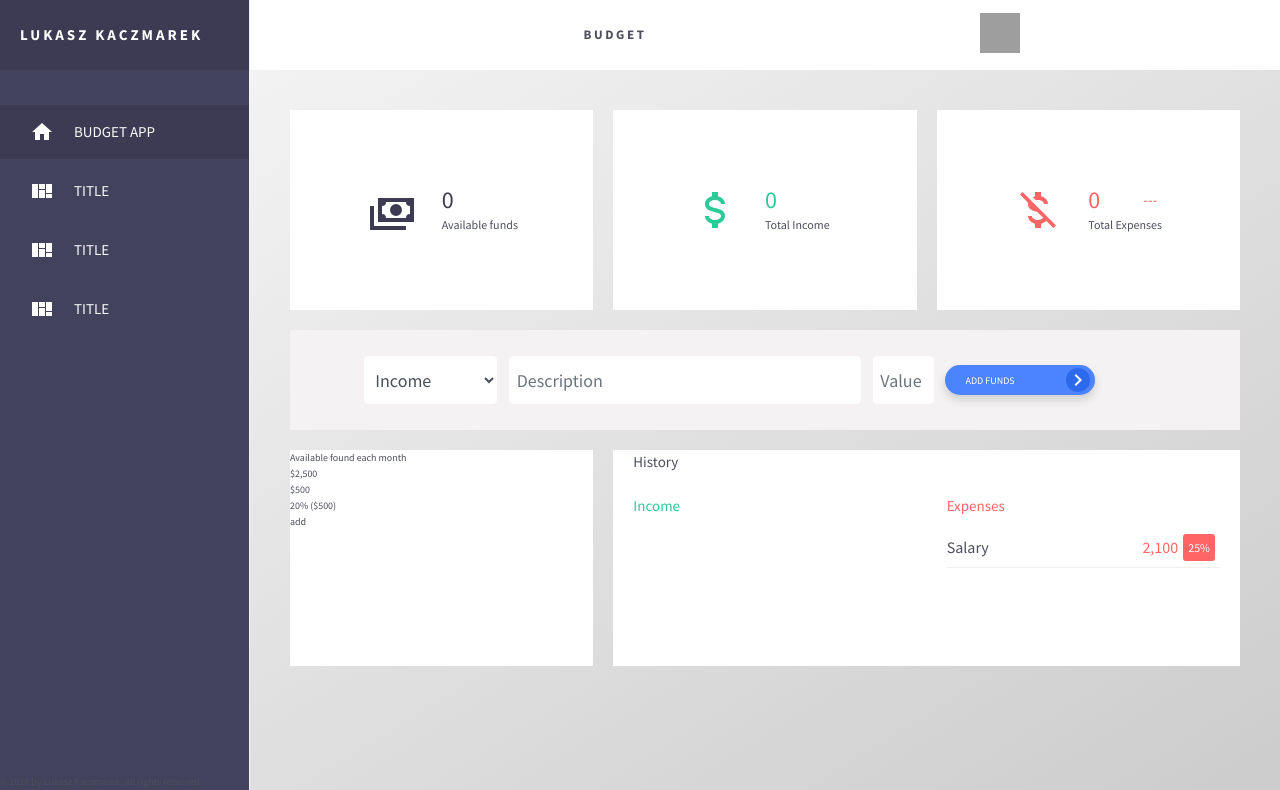
Repository: Archezi/BudgetApplication
Page: index.html
An editor plug-in stored every save of this project. The page is shown before and after the next save, followed by the edit.
The browser window is 1280 px wide. The pictures show the whole page.
Pictures or frames that could not be fetched are drawn as grey boxes. The style sheet was rebuilt from its Sass, Less or Tailwind sources for each picture, by a compiler version that may differ from the author's.

Above is the page before, as saved 2018-09-03 15:49:41.

### index.html
<!DOCTYPE html>
<html lang="en">
<head>
    <meta charset="UTF-8">
    <meta name="viewport" content="width=device-width, initial-scale=1.0">
    <meta http-equiv="X-UA-Compatible" content="ie=edge">
    <link href="https://fonts.googleapis.com/css?family=Source+Sans+Pro:300,400,700" rel="stylesheet">
    <!--Import Google Icon Font-->
    <link href="https://fonts.googleapis.com/icon?family=Material+Icons" rel="stylesheet">
    <!--Import materialize.css-->
    <link type="text/css" rel="stylesheet" href="css/bootstrap.min.css"  media="screen,projection"/>
    <!-- Website style.css-->
    <link rel="stylesheet" href="css/style.comp.css">

    <title>Budget Application</title>

</head>
<body>
   <div class="web__container">
        <header class="header">
            <div class="logo">
                <h1>Lukasz Kaczmarek</h1>
            </div>
            <div class="page_title">
                <h2>Budget</h2>
            </div>
            <div class="user-nav">
                <div class="user-nav__icon"></div>
                <div class="user-nav__profile">
                    <img src="https://source.unsplash.com/random/40x40" alt="">
                </div>
            </div>
        </header>

        <div class="content">
            <nav class="sidebar">
                <ul class="side-nav">
                    <li class="side-nav__item side-nav__item--active">
                        <a href="#" class="side-nav__link">
                                <svg class="side-nav__icon" style="width:24px;height:24px" viewBox="0 0 24 24">
                                    <path fill="#fff" d="M10,20V14H14V20H19V12H22L12,3L2,12H5V20H10Z" />
                                </svg>
                            <span>Budget App</span>
                        </a>
                    </li>
                    <li class="side-nav__item ">
                        <a href="#" class="side-nav__link">
                            <svg class="side-nav__icon" style="width:24px;height:24px" viewBox="0 0 24 24">
                                <path fill="#000000" d="M2,5V19H8V5H2M9,5V10H15V5H9M16,5V14H22V5H16M9,11V19H15V11H9M16,15V19H22V15H16Z" />
                            </svg>
                            <span>Title</span>
                        </a>
                    </li>
                    <li class="side-nav__item ">
                        <a href="#" class="side-nav__link">
                            <svg class="side-nav__icon" style="width:24px;height:24px" viewBox="0 0 24 24">
                                <path fill="#000000" d="M2,5V19H8V5H2M9,5V10H15V5H9M16,5V14H22V5H16M9,11V19H15V11H9M16,15V19H22V15H16Z" />
                            </svg>
                            <span>Title</span>
                        </a>
                    </li>
                    <li class="side-nav__item ">
                        <a href="#" class="side-nav__link">
                            <svg class="side-nav__icon" style="width:24px;height:24px" viewBox="0 0 24 24">
                                <path fill="#000000" d="M2,5V19H8V5H2M9,5V10H15V5H9M16,5V14H22V5H16M9,11V19H15V11H9M16,15V19H22V15H16Z" />
                            </svg>
                            <span>Title</span>
                        </a>
                    </li>
                </ul>

                <div class="legal">
                    &copy; 2018 by Lukasz Kaczmarek. All rights reserved.
                </div>
            </nav>

            <div class="main">

                <div class="overview">
                    <div class="total__available-funds">
                        <svg style="width:48px;height:48px" viewBox="0 0 24 24">
                            <path fill="#000000" d="M5,6H23V18H5V6M14,9A3,3 0 0,1 17,12A3,3 0 0,1 14,15A3,3 0 0,1 11,12A3,3 0 0,1 14,9M9,8A2,2 0 0,1 7,10V14A2,2 0 0,1 9,16H19A2,2 0 0,1 21,14V10A2,2 0 0,1 19,8H9M1,10H3V20H19V22H1V10Z" />
                        </svg>
                        <div class="total-funds">$2200</div>
                        <div class="total-funds-description">Available funds</div>
                    </div>
                    <div class="total__income">
                        <svg style="width:48px;height:48px" viewBox="0 0 24 24">
                            <path fill="#000000" d="M7,15H9C9,16.08 10.37,17 12,17C13.63,17 15,16.08 15,15C15,13.9 13.96,13.5 11.76,12.97C9.64,12.44 7,11.78 7,9C7,7.21 8.47,5.69 10.5,5.18V3H13.5V5.18C15.53,5.69 17,7.21 17,9H15C15,7.92 13.63,7 12,7C10.37,7 9,7.92 9,9C9,10.1 10.04,10.5 12.24,11.03C14.36,11.56 17,12.22 17,15C17,16.79 15.53,18.31 13.5,18.82V21H10.5V18.82C8.47,18.31 7,16.79 7,15Z" />
                        </svg>
                        <div class="total__income-funds">$2,500</div>
                        <div class="total__income-description">Total Income</div>

                    </div>
                    <div class="total__expenses">
                        <svg style="width:48px;height:48px" viewBox="0 0 24 24">
                            <path fill="#000000" d="M3,4.27L4.28,3L21,19.72L19.73,21L16.06,17.33C15.44,18 14.54,18.55 13.5,18.82V21H10.5V18.82C8.47,18.31 7,16.79 7,15H9C9,16.08 10.37,17 12,17C13.13,17 14.14,16.56 14.65,15.92L11.68,12.95C9.58,12.42 7,11.75 7,9C7,8.77 7,8.55 7.07,8.34L3,4.27M10.5,5.18V3H13.5V5.18C15.53,5.69 17,7.21 17,9H15C15,7.92 13.63,7 12,7C11.63,7 11.28,7.05 10.95,7.13L9.4,5.58L10.5,5.18Z" />
                        </svg>
                        <div class="total__expenses-value">
                            <div class="total__expenses-funds">$1,500 </div>
                            <div class="total__expenses-percentage">45%</div>
                        </div>
                        <div class="total__expenses-description">Total Expenses</div>



                    </div>
                </div>
                <div class="input__section-wrapper">
                    <div class="input__section">
                        <select  class="form-control input__type ">
                            <!-- <option value="" >Choose type</option> -->
                            <option class="input__option" value="inc">Income</option>
                            <option class="input__option" value="exp">Expense</option>
                        </select>
                        <input placeholder="Description" class="form-control input__description" type="text">
                        <input placeholder="Value" class="form-control input__value" type="text">
                        <button class="shadow btn input__btn add__btn">Add Funds
                                <svg style="width:24px;height:24px" viewBox="0 0 24 24">
                                    <path fill="#000000" d="M8.59,16.58L13.17,12L8.59,7.41L10,6L16,12L10,18L8.59,16.58Z" />
                                </svg>
                        </button>
                    </div>
                </div>




                <div class="budget">
                    <div class="available-funds-panel">
                        <div class="available-funds__title">Available found each month</div>
                        <div class="available-found__value">$2,500</div>
                        <div class="available-found__deposit">$500</div>
                        <div class="available-found__deposit--percentage">20% ($500)</div>
                        <div class="available-found__btn add__btn">
                            <i></i>add
                        </div>
                    </div>

                    <div class="history-panel">
                        <div class="history-panel--title">History</div>
                        <div class="history__income-container">
                            <div class="history__income-title">Income</div>

                            <!--

                            <div class="list-item" id="inc-0">
                                <div class="item__description">Salary</div>
                                <div class="right">
                                    <div class="item__value item__value-income">2,100</div>
                                    <div class="item__delete">
                                        <button type="button" class="item__delete--btn  ">
                                                <svg style="width:24px;height:24px" viewBox="0 0 24 24">
                                                    <path fill="#000000" d="M12,2C17.53,2 22,6.47 22,12C22,17.53 17.53,22 12,22C6.47,22 2,17.53 2,12C2,6.47 6.47,2 12,2M15.59,7L12,10.59L8.41,7L7,8.41L10.59,12L7,15.59L8.41,17L12,13.41L15.59,17L17,15.59L13.41,12L17,8.41L15.59,7Z" />
                                                </svg>
                                        </button>
                                    </div>
                                </div>
                            </div>

                            -->
                        </div>


                        <div class="history__expense-container">
                            <div class="history__expense-title">Expenses</div>



                            <div class="list-item" id="exp-0">
                                <div class="item__description">Salary</div>
                                <div class="right">
                                    <div class="item__value item__value-expense">2,100</div>
                                    <div class="item_value_percentage">25%</div>
                                    <div class="item__delete">
                                        <button type="button" class="item__delete--btn  ">
                                                <svg style="width:24px;height:24px" viewBox="0 0 24 24">
                                                    <path fill="#000000" d="M12,2C17.53,2 22,6.47 22,12C22,17.53 17.53,22 12,22C6.47,22 2,17.53 2,12C2,6.47 6.47,2 12,2M15.59,7L12,10.59L8.41,7L7,8.41L10.59,12L7,15.59L8.41,17L12,13.41L15.59,17L17,15.59L13.41,12L17,8.41L15.59,7Z" />
                                                </svg>
                                        </button>
                                    </div>
                                </div>
                            </div>



                        </div>

                    </div>

                </div>
                <!-- <div class="statistics">
                    <div class="net-profit-panel"></div>
                    <div class="tax-panel"></div>
                    <div class="savings-panel"></div>
                    <div class="projections"></div>

                </div>
                <div class="statistics">
                    <div class="net-profit-panel"></div>
                    <div class="tax-panel"></div>
                    <div class="savings-panel"></div>
                    <div class="projections"></div>

                </div> -->



            </div>


        </div>




   </div>

   <!-- Compiled and minified JavaScript -->
   <script src="js/jquery.min.js"></script>
   <script src="js/bootstrap.js"></script>
   <!-- <script src="https://cdnjs.cloudflare.com/ajax/libs/materialize/1.0.0-rc.2/js/materialize.min.js"></script> -->
   <script src="js/myscript.js"></script>
</body>
</html>

### sass/main.scss
@import "base/reset";
@import "base/base";
@import "base/typography";

@import "abstracts/variables";
@import "components/mainLayout";
@import "components/mainComponent";
@import "components/budgetLayout";

### sass/base/_base.scss
:root {
    --color-primary: #eb2f64;
    --color-primary-light: #FF3366;
    --color-primary-dark: #BA265D;

    --color-background-dark: #3C3B53;
    --color-background-light: #43425D;
    --color-grey-light-0: rgba(250, 249, 249, 0.5);
    --color-grey-light-1: #faf9f9;
    --color-grey-light-2: #f4f2f2;
    --color-grey-light-3: #f0eeee;
    --color-grey-light-4: #ccc;

    --color-grey-dark-1: #333;
    --color-grey-dark-2: #4D4F5C;
    --color-grey-dark-3: #999;
    --color-white: #fff;
    --shadow-dark: 0 2rem 6rem rgba(0,0,0,.3);
    --shadow-light: 0 2rem 5rem rgba(0,0,0,.06);


    --button-primary-blue: #4c84ff;
    --button-primary-blue-darker: #2d69eb;
    --button-secondary-green: #2bcb98;
    --button-secondary-red: #FF6565;

    --line: 1px solid var(--color-grey-light-2);
}

$bp-largest: 75em;     // 1200px
$bp-large: 68.75em;    // 1100px
$bp-medium: 56.25em;   // 900px
$bp-small: 37.5em;     // 600px
$bp-smallest: 31.25em; // 500px

* {
    margin: 0;
    padding: 0;
}

*,
*::before,
*::after {
    box-sizing: inherit;
}

html {
    box-sizing: border-box;
    font-size: 62.5%; // 1rem = 10px, 10px/16px = 62.5%

    @media only screen and (max-width: $bp-large) {
        font-size: 50%;
    }
}

body {


    color: var(--color-grey-dark-2);
    background-image: linear-gradient(to right bottom, var(--color-grey-light-1), var(--color-grey-light-4));
    background-size: cover;
    background-repeat: no-repeat;

    min-height: 100vh;
}

### sass/base/_typography.scss
body {

    font-weight: 400;
    line-height: 1.6;
    font-family: 'Source Sans Pro', sans-serif;
    text-rendering: optimizeLegibility;
    -webkit-font-smoothing: antialiased;

}

### sass/abstracts/_variables.scss
$header-height: 7rem;
$sidebar-width: 25rem;
$main: calc(4rem + $header-height );
$fraction: 1fr;

### sass/components/_mainLayout.scss
.web__container {
    max-width: 100% !important;
    min-height: 100vh;
    margin: 0 auto;

}

.header {
    height: $header-height;
    background: var(--color-white);
    position: fixed;
    top: 0;
    width: 100%;
    display: flex;
    justify-content: space-between;
    align-items: center;
    z-index: 1000;
}
//////////////////////////////////////////////
// MAIN
// All the content is going over here
.main {
    margin-top: $header-height;
    padding: 4rem 4rem 7rem 29rem;
    width: 100%;
    min-height: calc(100vh - 7rem);
    display: grid;
    grid-gap: 2rem;
    grid-auto-rows: 20rem 10rem auto;
}
//////////////////////////////////////////////
// Footer
.footer {
    position: absolute;
    bottom: 0;
    background: var(--color-white);
    z-index: 1;
    height: $header-height;
    width: calc(100%);
    z-index: 100;
}

### sass/components/_budgetLayout.scss

.content {

}

///////////////////////////////////////
// SIDEBAR

.sidebar {
    border-right: var(--line);
    background-color: var(--color-background-light);
    position: fixed;
    left: 0;
    top: 0;
    width: 25rem;
    margin-top: $header-height;
    // width: 25rem;
    display: flex;
    flex-direction: column;
    justify-content: space-between;
    min-height: calc(100vh );
    z-index: 999;
}

//////////////////////////////////////////
// MAIN

////////////////////////////////////////
// OVERVIEW
.overview {
    display: grid;
    grid-gap: 2rem;
    grid-template-columns: repeat(3, 1fr);

    .total {
        &__available-funds {
            display: grid;
            grid-template-columns: 10rem 10rem;
            grid-auto-rows: auto;
            align-items: center;
            justify-content: center;
            svg {
                justify-self: center;
                grid-row: span 2;
            }
        }
        &-funds {
            align-self: end;
        }
        &-funds-description {

            align-self: start;
        }

        &__income {

            display: grid;
            grid-template-columns: 10rem 10rem;
            grid-auto-rows: auto;
            align-items: center;
            justify-content: center;

            svg {
                justify-self: center;
                grid-row: span 2;

            }
            &-funds {
                align-self: end;
            }
            &-description {
                align-self: start;
            }
        }
        &__expenses {
            display: grid;
            grid-template-columns: 10rem 10rem;
            grid-auto-rows: auto;
            align-items: center;
            justify-content: center;

            svg {
                justify-self: center;
                grid-row: span 2;
            }
            &-value {
                display: grid;
                grid-template-columns: repeat(2, 1fr);
                grid-gap: 1rem;
                align-self: end;
                align-items: center;
            }
            &-funds {
                align-self: end;
            }
            &-description {
                align-self: start;
            }
        }
    }


}

////////////////////////////////////////
// INPUT BAR
.input {
    &__section-wrapper {
        display: grid;
        align-content: center;
        justify-content: center;
    }
    &__section {
        display: grid;
        grid-gap: 1rem;
        grid-template-columns: repeat(12, 1fr);
        align-items: center;
        .form-control {
            height: 5rem;
        }
    }
    &__type {
        grid-column: 2 / span 2;
    }
    &__description {
        grid-column: 4 / span 5;
    }
    &__value {
        grid-column: 9 / span 1;
    }
    &__btn {
        grid-column: 10 / span 1;
    }

}
////////////////////////////////////////
// BUDGET
.budget {
    display: grid;
    grid-gap: 2rem;
    grid-template-columns: repeat(3, 1fr);
    grid-template-rows: minmax(1fr, auto);
    & > * {
        background: var(--color-white);
    }
}


////////////////////////////////////////
// BUDGET LEFT
// Available Funds
.available-funds-panel {
    grid-row: span 3;
}
////////////////////////////////////////
// BUDGET RIGHT
// History panel
.history-panel {

    grid-column: 2 / span 2;
    grid-row: 1/ span 3;
    display: grid;
    grid-template-columns: 1fr 1fr;
    grid-template-rows: 1fr 8fr;
    &--title {
        grid-column: span 2;
        align-self: center;
        padding:0 2rem;
    }
    .history__income-container,
    .history__expense-container {
        padding: 2rem;

    }
}
.history__expense-title,
.history__income-title {
    margin: 0 0 1rem;

}
.list-item {
    height: 4rem;
    .item__description {
        grid-column: span 3;
    }
    .right {
        justify-self: end;
        align-self: center;
        display: grid;
        grid-gap: 0.5rem;
        grid-column: span 1;
        grid-auto-flow: column;
    }
}

Loaded but not shown: css/bootstrap.min.css (library); js/jquery.min.js (library); js/bootstrap.js (library); sass/base/_reset.scss (common file); js/myscript.js (330 lines, source omitted); sass/components/_mainComponent.scss (353 lines, source omitted)

After the next save:
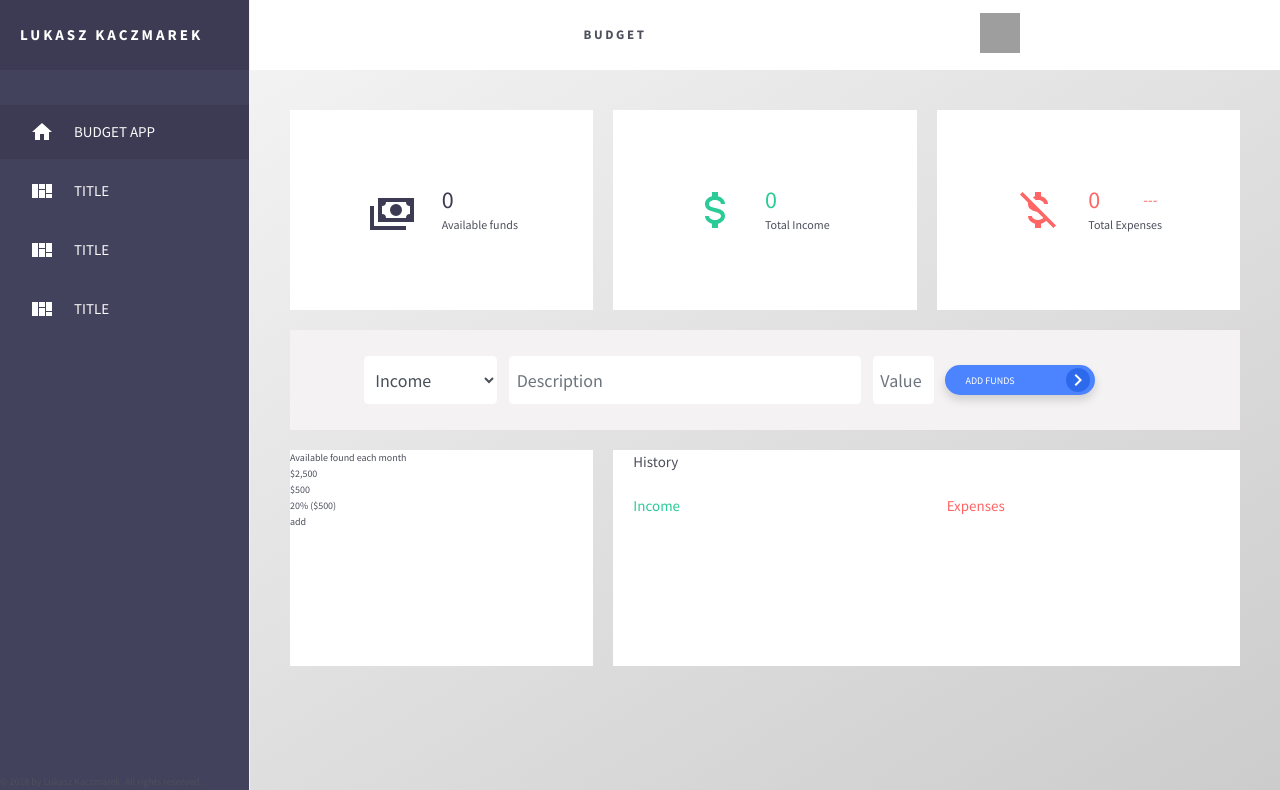
Saved 23 s later.
--- a/index.html
+++ b/index.html
@@ -166,7 +166,7 @@
                             <div class="history__expense-title">Expenses</div>
 
 
-
+                            <!--
                             <div class="list-item" id="exp-0">
                                 <div class="item__description">Salary</div>
                                 <div class="right">
@@ -182,6 +182,7 @@
                                 </div>
                             </div>
 
+                            -->
 
 
                         </div>
